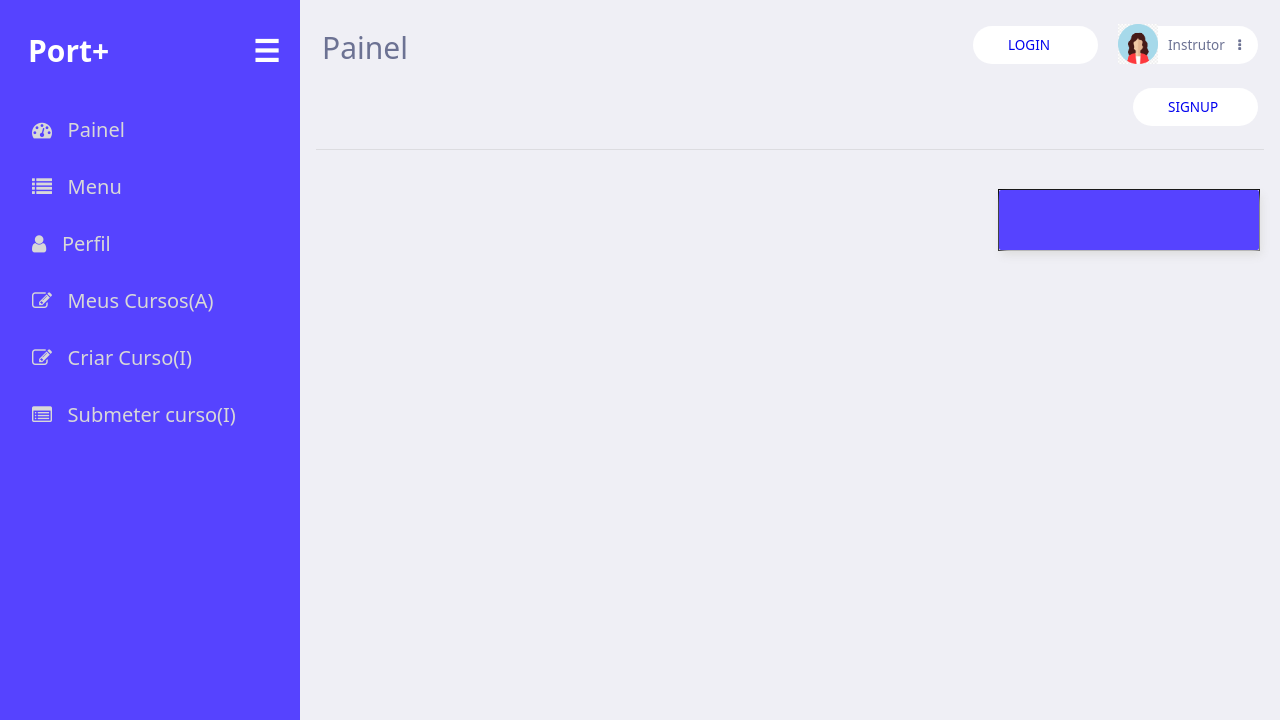
Repository: LauraMViana/Port-plus
Page: http://localhost/portPlus/apresentarCurso/apresentMaterial
The author's editor kept a copy of each file at every save. The page is drawn from the files as they stood at one save, then again after the next save.
The browser window is 1280 px wide. The pictures show the whole page.
The page is this project's Thymeleaf template; nobody is signed in. The template is opened directly, without the code that normally fills it, so the values that code supplies are empty.

Above is the page before, as saved 2021-12-27 16:52:57.

### port/src/main/resources/templates/portPlus/apresentarCurso/apresentMaterial.html
<!DOCTYPE html >
<html xmlns:th="http://www.thymeleaf.org">
<head>
<meta charset="UTF-8">
<!-- Compiled and minified CSS -->
<!--
<link rel="stylesheet"
	href="https://cdnjs.cloudflare.com/ajax/libs/materialize/1.0.0/css/materialize.min.css"> -->
<link href="https://fonts.googleapis.com/icon?family=Material+Icons"
	rel="stylesheet">
<link rel="stylesheet" href="/style.css" type="text/css" />
<link rel="stylesheet"
	href="https://cdnjs.cloudflare.com/ajax/libs/font-awesome/4.7.0/css/font-awesome.min.css">
<title>PortPlus</title>
</head>
<body>
	<div th:insert="~{menu :: menu}"></div>
	<div class="main">
		<div>
			<h6>
				<i class="material-icons col s2"> import_contacts</i> <span
					class="col s10" th:text="${curso.titulo}"></span>
			</h6>
			<h4>
				<span th:text="${modulo.tituloMod}"></span>
			</h4>
		</div>
		<div class="conteudo" th:each="mt: ${mat}">
			<p th:text="${mt.conteudo}"></p>
			<iframe width="650" height="365 "
				th:src="@{{video} (video=${mt.video})}" frameborder="0"
				allowfullscreen> </iframe>
		</div>
		<aside>
			<div class="card lista">
				<span class="card-title" th:text="${modulo.tituloMod}">Nome
					do Modulo</span>
			</div>
			<div class="lista" th:each="mt: ${material}">
				<ul>
					<li th:if="${mt.conteudo == null}"><i class="material-icons">play_circle_outline</i>
						<a
						th:href="@{/portPlus/meusCursos/{idC}/{titulo}/{idMod}/{tituloMod}/{idMat}/{tituloMat} (idC=${curso.id}, titulo=${curso.titulo}, idMod=${modulo.id}, tituloMod=${modulo.tituloMod},idMat=${mt.id}, tituloMat=${mt.tituloMat})}">
							<span th:text="${mt.tituloMat}"></span>
					</a></li>
					<li th:if="${mt.video == null}"><i class="material-icons">book</i>
						<a
						th:href="@{/portPlus/meusCursos/{idC}/{titulo}/{idMod}/{tituloMod}/{idMat}/{tituloMat} (idC=${curso.id}, titulo=${curso.titulo}, idMod=${modulo.id}, tituloMod=${modulo.tituloMod},idMat=${mt.id}, tituloMat=${mt.tituloMat})}">
							<span th:text="${mt.tituloMat}"></span>
					</a></li>
				</ul>
			</div>
		</aside>
	</div>
	<script
		src="https://ajax.googleapis.com/ajax/libs/jquery/3.5.1/jquery.min.js"></script>
	<script>
		$(".menu").click(function() {
			$("#mySidenav").css('width', '70px');
			$("#main").css('margin-left', '70px');
			$(".logo").css('display', 'none');
			$(".logo1").css('display', 'block');
			$(".logo span").css('visibility', 'visible');
			$(".logo span").css('margin-left', '-10px');
			$(".icon-a").css('visibility', 'hidden');
			$(".icon-a").css('height', '25px');
			$(".icons").css('visibility', 'visible');
			$(".icons").css('margin-left', '-8px');
			$(".menu1").css('display', 'block');
			$(".menu").css('display', 'none');
		});

		$(".menu1").click(function() {
			$("#mySidenav").css('width', '300px');
			$("#main").css('margin-left', '300px');
			$(".logo").css('visibility', 'visible');
			$(".logo").css('display', 'block');
			$(".icon-a").css('visibility', 'visible');
			$(".icons").css('visibility', 'visible');
			$(".menu").css('display', 'block');
			$(".menu1").css('display', 'none');
		});
	</script>
	<script>
		$(document).ready(function() {
			$(".profile p").click(function() {
				$(".profile-div").toggle();
			});
		});
	</script>
</body>
</html>

### port/src/main/resources/templates/menu.html
<!DOCTYPE html >
<html xmlns:th="http://www.thymeleaf.org">
<head>
<meta charset="UTF-8">
<link rel="stylesheet" href="/Style.css" type="text/css" />
<link rel="stylesheet"
	href="https://cdnjs.cloudflare.com/ajax/libs/font-awesome/4.7.0/css/font-awesome.min.css">
<title>Port+</title>
</head>
<body>
	<div th:fragment="menu">
		<div id="mySidenav" class="sidenav">
			<p class="logo">
				Port+ <span class="menu">&#9776;</span>
			</p>
			<p class="logo1">
				<span class="menu1">&#9776;</span>
			</p>
			<a href="/" class="icon-a"> <i class="fa fa-dashboard icons"></i>
				&nbsp;&nbsp;Painel
			</a> <a href="/" class="icon-a"><i class="fa fa-list icons"></i>
				&nbsp;&nbsp;Menu</a> <a href="#" class="icon-a"><i
				class="fa fa-user icons"></i> &nbsp;&nbsp;Perfil</a> <a
				href="/portPlus/criarCurso" class="icon-a"><i
				class="fa fa-edit icons"></i> &nbsp;&nbsp;Meus Cursos(A)</a> <a
				href="/portPlus/criarCurso" class="icon-a"><i
				class="fa fa-edit icons"></i> &nbsp;&nbsp;Criar Curso(I)</a><a
				href="/portPlus/meusCursos" class="icon-a"><i
				class="fa fa-list-alt icons"></i> &nbsp;&nbsp;Submeter curso(I)</a>
		</div>

		<div id="main">
			<div class="head">
				<div class="col-div-6">
					<p class="nav">Painel</p>
				</div>
				<div class="col-div-6">
					<div class="profile">
						<img src="/Imagens/usuario.png" class="pro-img circle" />
						<p>
							Instrutor <i class="fa fa-ellipsis-v dots" aria-hidden="true"></i>
						</p>
						<div class="profile-div">
							<p>
								<a href="#" class="icon-a"><i class="fa fa-user"></i>
									&nbsp;&nbsp;Perfil
							</p>
							<p>
								<i class="fa fa-power-off"></i> &nbsp;&nbsp;Sair
							</p>
						</div>
					</div>
					<div class="login">
						<p>
							<a href="/portPlus/login">LOGIN</a>
						</p>
						<p>
							<a href="/portPlus/signup">SIGNUP</a>
						</p>
					</div>
				</div>
				<div class="clearfix"></div>
			</div>
			<div class="clearfix"></div>
			<br />
		</div>
	</div>
	<script
		src="https://ajax.googleapis.com/ajax/libs/jquery/3.5.1/jquery.min.js"></script>
	<script>
		$(".menu").click(function() {
			$("#mySidenav").css('width', '70px');
			$("#main").css('margin-left', '70px');
			$(".logo").css('display', 'none');
			$(".logo1").css('display', 'block');
			$(".logo span").css('visibility', 'visible');
			$(".logo span").css('margin-left', '-10px');
			$(".icon-a").css('visibility', 'hidden');
			$(".icon-a").css('height', '25px');
			$(".icons").css('visibility', 'visible');
			$(".icons").css('margin-left', '-8px');
			$(".menu1").css('display', 'block');
			$(".menu").css('display', 'none');
		});

		$(".menu1").click(function() {
			$("#mySidenav").css('width', '300px');
			$("#main").css('margin-left', '300px');
			$(".logo").css('visibility', 'visible');
			$(".logo").css('display', 'block');
			$(".icon-a").css('visibility', 'visible');
			$(".icons").css('visibility', 'visible');
			$(".menu").css('display', 'block');
			$(".menu1").css('display', 'none');
		});
	</script>
	<script>
		$(document).ready(function() {
			$(".profile p").click(function() {
				$(".profile-div").toggle();

			});

			/* $(".noti-icon").click(function() {
					$(".notification-div").toggle();
				}); */

		});
	</script>
</body>
</html>

### port/src/main/resources/static/Style.css
/* Laura */
body {
	margin: 0px;
	padding: 0px;
	background-color: #efeff5;
	font-family: system-ui;
}

.clearfix {
	clear: both;
}

.logo {
	margin: 0px;
	margin-left: 28px;
	font-weight: bold;
	color: white;
	margin-bottom: 30px;
}

.sidenav {
	height: 100%;
	width: 300px;
	position: fixed;
	z-index: 1;
	top: 0;
	left: 0;
	background-color: #5643ff;
	overflow: hidden;
	padding-top: 30px;
	transition: ease-in-out 0.3s;
}

.menu {
	float: right;
	margin-right: 20px;
	cursor: pointer;
}

.logo1 {
	margin: 0px;
	margin-left: 20px;
	font-weight: bold;
	color: white;
	margin-bottom: 50px;
	display: none;
	cursor: pointer;
}

.menu1 {
	float: left;
	display: none;
}

.sidenav a {
	padding: 15px 8px 15px 32px;
	text-decoration: none;
	font-size: 20px;
	color: #d8d8d8;
	display: block;
}

.sidenav a:hover {
	color: #f1f1f1;
	background-color: #2c1ed6;
}

.sidenav {
	top: 0;
	right: 25px;
	font-size: 30px;
}

#main {
	padding: 16px;
	margin-left: 300px;
}

.head {
	padding: 0px 6px;
	border-bottom: 1px solid #d6d6d8b8;
	padding-bottom: 10px;
}

.col-div-6 {
	width: 50%;
	float: left;
}

.login p {
	color: #6c7293;
	font-weight: 500;
	margin-left: 35px;
	margin-top: 10px;
	font-size: 13.5px;
	background-color: white;
	padding: 10px;
	border-radius: 25px;
	padding-left: 35px;
	width: 80px;
	float: right;
	cursor: pointer;
}

.profile {
	display: inline-block;
	float: right;
	width: 160px;
}

.pro-img {
	float: left;
	width: 40px;
	margin-top: 8px;
	margin-left: 20px;
}

.profile p {
	color: #6c7293;
	font-weight: 500;
	margin-left: 35px;
	margin-top: 10px;
	font-size: 13.5px;
	background-color: white;
	padding: 10px;
	border-radius: 25px;
	padding-left: 35px;
	cursor: pointer;
}

.dots {
	margin-left: 10px;
}

.profile-div {
	background-color: white;
	width: 160px;
	border: 1px solid #ddd;
	padding: 10px 0px;
	right: 2%;
	border-radius: 5px;
	position: absolute;
	z-index: 9;
	display: none;
}

.profile-div:after {
	content: '';
	position: absolute;
	height: 10px;
	width: 10px;
	background-color: white;
	top: -6px;
	border-left: 1px solid #ddd;
	border-top: 1px solid #ddd;
	transform: rotate(45deg);
	right: 10%;
}

.profile-div p {
	margin: 0px;
	padding: 10px 20px;
}

.profile-div p:hover {
	margin: 0px;
	padding: 10px 20px;
	background-color: #5643ff;
	border-radius: 0px;
	color: white;
}

.notification-div {
	background-color: white;
	width: 240px;
	border: 1px solid #ddd;
	padding: 10px 0px;
	right: 16%;
	border-radius: 5px;
	top: 12%;
	position: absolute;
	z-index: 9;
	display: none;
}

.notification-div:after {
	content: '';
	position: absolute;
	height: 10px;
	width: 10px;
	background-color: white;
	top: -6px;
	border-left: 1px solid #ddd;
	border-top: 1px solid #ddd;
	transform: rotate(45deg);
	right: 10%;
}

.noti-head {
	display: block;
	margin: 0px;
	color: #6c7293;
}

.noti-head:hover {
	background-color: white !important;
	color: #6c7293 !important;
}

.noti-head span {
	position: absolute;
	right: 8%;
	top: 10%;
	background-color: #5643ff;
	padding: 1px 5px;
	color: white;
	border-radius: 20px;
}

.hr {
	margin: 0px;
	border: none;
	background-color: #ddd;
	height: 1px;
}

.notification-div p {
	margin: 0px;
	padding: 10px 20px;
	color: #6c7293;
}

.notification-div p span {
	font-size: 11px;
	display: block;
}

.notification-div p:hover {
	margin: 0px;
	padding: 10px 20px;
	background-color: #5643ff;
	border-radius: 0px;
	color: white;
}

.search-icon {
	position: absolute;
	right: 22%;
	top: 25px;
	background-color: white;
	padding: 13px;
	border-radius: 21px;
	color: #6c7293;
	cursor: pointer;
}

.noti-icon {
	position: absolute;
	right: 17%;
	top: 25px;
	background-color: #5643ff;
	padding: 13px;
	border-radius: 21px;
	color: #fff;
	cursor: pointer;
}

.noti-icon:after {
	content: '';
	height: 5px;
	width: 5px;
	border-radius: 5px;
	top: 5px;
	left: 20px;
	position: absolute;
	background-color: red;
}

.col-div-4-1 {
	width: 33.3%;
	float: left;
}

.box {
	width: 88%;
	height: 480px;
	background-color: #ffffff;
	margin-left: 10px;
	padding: 10px;
	box-shadow: 2px 5px 10px #ddd;
	position: relative;
}

.box p {
	color: #6c7293;
	font-weight: 500;
	padding-left: 10px;
}

.number {
	font-size: 35px;
	margin-bottom: 0px;
	margin-top: 20px;
}

.percent {
	margin: 0px;
	font-size: 14px;
	color: #37bf37 !important;
}

.percent span {
	font-size: 12px;
	color: #9398b1;
	padding-left: 3px;
}

.head-1 {
	font-size: 18px !important;
	margin: 10px 0px;
	color: #6c7293;
}

.head-1 span {
	float: right;
	background-color: #5643ff;
	color: white;
	padding: 3px 10px;
	font-size: 15px;
}

.box-icon {
	font-size: 20px !important;
	margin-top: 35px !important;
	color: #5643ff;
	padding-right: 10px;
	background-color: #efeff5;
	padding: 15px;
	border-radius: 25px;
	position: absolute;
	right: 16px;
	top: -18px;
}

.box-1 {
	width: 88%;
	height: 282px;
	background-color: #ffffff;
	margin-left: 10px;
	padding: 10px;
	box-shadow: 2px 5px 10px #ddd;
	position: relative;
}

.m-box {
	color: #6c7293;
	position: relative;
	padding: 0px 12px;
}

.active {
	background-color: #5646ff;
	color: white;
	box-shadow: 4px 3px 7px 3px #3226ad54;
}

.active .no-1 {
	color: #ddd !important;
}

.m-box p {
	display: inline-block;
	margin: 10px 0px;
}

.no {
	position: absolute !important;
	top: 21px;
	right: 15px;
	font-weight: 500;
}

.no-1 {
	font-size: 12px;
	color: #9398b1;
}

.act-p {
	font-size: 13px;
	color: #6c7293;
}

.act-p .fa {
	color: orange !important;
}

.content-box-1 {
	padding: 0px 10px;
}

.col-div-12 {
	width: 100%;
}

.col-div-4 {
	width: 30%;
	float: left;
}

.content-box {
	padding: 20px;
}

.content-box p {
	margin: 0px;
	font-size: 20px;
	color: #6c7293;
}

.content-box p span {
	float: right;
	background-color: #5643ff;
	color: white;
	padding: 3px 10px;
	font-size: 15px;
}

.box-8 {
	width: 97.8%;
	background-color: #fff;
	height: 330px;
}

.nav {
	font-size: 30px;
	cursor: pointer;
	color: #6c7293;
	margin: 11px 0px;
}

.box-8 {
	margin-left: 10px;
}

td, th {
	border: 1px solid #dddddd;
	text-align: left;
	padding: 10px;
}

tr:nth-child(even) {
	background-color: #5643ff29;
	color: #6c7293 !important;
}

.circle-wrap {
	margin: 50px auto;
	width: 150px;
	height: 150px;
	background: #e6e2e7;
	border-radius: 50%;
}

.circle-wrap .circle .mask, .circle-wrap .circle .fill {
	width: 150px;
	height: 150px;
	position: absolute;
	border-radius: 50%;
}

.circle-wrap .circle .mask {
	clip: rect(0px, 150px, 150px, 75px);
}

.circle-wrap .circle .mask .fill {
	clip: rect(0px, 75px, 150px, 0px);
	background-color: #5646ff;
}

.circle-wrap .circle .mask.full, .circle-wrap .circle .fill {
	animation: fill ease-in-out 3s;
	transform: rotate(126deg);
}

@
keyframes fill { 0% {
	transform: rotate(0deg);
}

100










%
{
transform










:










rotate








(










126deg










)








;
}
}
.circle-wrap .inside-circle {
	width: 130px;
	height: 130px;
	border-radius: 50%;
	background: #fff;
	line-height: 130px;
	text-align: center;
	margin-top: 10px;
	margin-left: 10px;
	position: absolute;
	z-index: 100;
	font-weight: 700;
	font-size: 2em;
	color: #6c7293;
}

/* Thais */
h1 {
	font-weight: 400;
	font-family: Century Gothic, Arial, Helvetica, sans-serif;
	color: #6c7293;
	font-size: calc(1.044375rem + 1.7325vw);
}

h4, h6 {
	font-weight: 100;
	font-family: Century Gothic, Arial, Helvetica, sans-serif;
	color: #6c7293;
	font-size: 30px;
	margin: 0px;
}

a {
	text-decoration: none;
}

#btn {
	text-align: right;
}

/*Apresente material  */
.mod-title {
	font-size: 30px;
	color: #d8d8d8;
}

/* Index  */
.box-mod {
	width: 88%;
	height: 30px;
	background-color: #dfdfdf;
	margin-left: 10px;
	padding: 10px;
	position: relative;
	margin-left: 10px;
	padding: 10px;
	border-top: 1px solid #d7dfe3;
	margin-left: 10px;
	margin-bottom: 15px;
}

.box-mod p {
	color: #6c7293;
	font-weight: 500;
	margin: 0px;
	padding: 10px;
	width: 105px;
	margin-left: 90px;
}
/* blocos de curso ou modulos  */
.col-div-4-2 {
	width: 25%;
	float: left;
}

.card.small .card-image+.card-content, .card.medium .card-image+.card-content,
	.card.large .card-image+.card-content {
	max-height: 40%;
}

.card.small .card-content, .card.medium .card-content, .card.large .card-content
	{
	max-height: 100%;
	overflow: hidden;
}

.card .card-content {
	padding: 24px;
	border-radius: 0 0 2px 2px;
}

.card .card-image img {
	display: block;
	border-radius: 2px 2px 0 0;
	position: relative;
	left: 0;
	right: 0;
	top: 0;
	bottom: 0;
	width: 100%;
}

img {
	border-style: none;
}

.card.small .card-image, .card.medium .card-image, .card.large .card-image
	{
	max-height: 60%;
	overflow: hidden;
}

.card .card-image {
	position: relative;
}

.card.small {
	height: 300px;
}

.card.small, .card.medium, .card.large {
	position: relative;
}

.card {
	margin-left: 10px;
	box-shadow: 2px 5px 10px #ddd;
	position: relative;
	height: 250px;
	background-color: #fff;
	-webkit-transition: -webkit-box-shadow .25s;
	transition: -webkit-box-shadow .25s;
	transition: box-shadow .25s;
	transition: box-shadow .25s, -webkit-box-shadow .25s;
	border-radius: 2px;
}

.card {
	position: relative;
	margin: 0.5rem 0 1rem 0;
	background-color: #fff;
	-webkit-transition: -webkit-box-shadow .25s;
	transition: -webkit-box-shadow .25s;
	transition: box-shadow .25s;
	transition: box-shadow .25s, -webkit-box-shadow .25s;
	border-radius: 2px;
}

.image {
	display: block;
	position: relative;
	left: 0;
	right: 0;
	top: 0;
	bottom: 0;
	width: 100%;
	max-height: 70%;
	overflow: hidden;
	max-height: 70%;
	right: 0;
	top: 0;
	bottom: 0;
}

.card {
	margin-left: 10px;
	box-shadow: 2px 5px 10px #ddd;
	position: relative;
	height: 250px;
	background-color: #fff;
	-webkit-transition: -webkit-box-shadow .25s;
	transition: -webkit-box-shadow .25s;
	transition: box-shadow .25s;
	transition: box-shadow .25s, -webkit-box-shadow .25s;
	border-radius: 2px;
}

.card-title-mod {
	display: block;
	line-height: 32px;
	margin-bottom: 8px;
	font-size: 24px;
	font-weight: 300;
}
/* descriçao do curso  */
.mod-d {
	font-size: 18px !important;
	margin: 10px 0px;
	color: #6c7293;
	text-align: justify;
}

/* Pag apresentação Material */
aside {
	width: 260px;
	float: right;
	margin-right: 20px;
	border: 1px solid black;
}

.conteudo {
	padding-left: 15px;
	width: 700px;
	float: left;
	height: 415px;
	text-align: justify;
}

.card.lista {
	background-color: #5643ff;
	width: 259.5px;
	height: 50px;
	text-align: center;
	padding: 5px 0px 5px 0px;
	margin: 0px;
}

.lista li {
	padding: 15px 8px 15px 32px;
	text-decoration: none;
	font-size: 20px;
	color: #d8d8d8;
	display: block;
	text-align: justify;
}

.lista li:hover {
	color: #f1f1f1;
	background-color: #5643ff;
}

.lista a:hover {
	color: #f1f1f1;
	background-color: #5643ff;
}

ul {
	padding: 0px;
	margin: 0px;
	list-style-type: none;
}

textarea.materialize-textarea.texto {
	height: 12rem;
}

input:not([type]), input[type="text"]:not(.browser-default), input[type="url"]:not(.browser-default),
	input[type="number"]:not(.browser-default), textarea.materialize-textarea
	{
	background-color: transparent;
	border-top-width: initial;
	border-right-width: initial;
	border-left-width: initial;
	border-top-color: initial;
	border-right-color: initial;
	border-left-color: initial;
	height: 3rem;
	width: 100%;
	font-size: 16px;
	box-shadow: none;
	box-sizing: content-box;
	border-style: none none solid;
	border-image: initial;
	border-bottom: 1px solid rgb(158, 158, 158);
	border-radius: 0px;
	outline: none;
	margin: 0px 0px 8px;
	padding: 0px;
	transition: box-shadow 0.3s ease 0s, border 0.3s ease 0s,
		-webkit-box-shadow 0.3s ease 0s;
}

form {
	padding-left: 50px;
}

.dados-do-curso, .listarCriarMod {
	padding-left: 50px;
}

.s2 {
	width: 20%;
	display: inline;
}

.col.s3 {
	width: 25%;
	margin-left: auto;
	left: auto;
	right: auto;
}

.col.s4 {
	width: 33.3333333333%;
	margin-left: auto;
	left: auto;
	right: auto;
}

.col.s5 {
	width: 41.6666666667%;
	margin-left: auto;
	left: auto;
	right: auto;
}

.col.s6 {
	width: 50%;
	margin-left: auto;
	left: auto;
	right: auto;
}

.col.s9 {
	width: 75%;
	margin-left: auto;
	left: auto;
	right: auto;
}

.col.s12 {
	width: 100%;
	margin-left: auto;
	left: auto;
	right: auto;
}

.col.s12.cont {
	padding-bottom: 20px;
}

.col {
	float: left;
	-webkit-box-sizing: border-box;
	box-sizing: border-box;
	padding: 0 0.75rem;
	min-height: 1px;
}

.s10 {
	width: 80%;
	margin-left: auto;
	left: auto;
	right: auto;
}

.btn {
	text-decoration: none;
	color: #fff;
	background-color: #26a69a;
	text-align: center;
	letter-spacing: .5px;
	-webkit-transition: background-color .2s ease-out;
	transition: background-color .2s ease-out;
	cursor: pointer;
	border: none;
	border-radius: 2px;
	display: inline-block;
	height: 36px;
	line-height: 36px;
	padding: 0 16px;
	text-transform: uppercase;
	font-size: 14px;
	outline: 0;
	font-size: 14px;
}

.waves-effect {
	position: relative;
	cursor: pointer;
	display: inline-block;
	overflow: hidden;
	-webkit-user-select: none;
	-moz-user-select: none;
	-ms-user-select: none;
	user-select: none;
	-webkit-tap-highlight-color: transparent;
	vertical-align: middle;
	z-index: 1;
	-webkit-transition: .3s ease-out;
	transition: .3s ease-out;
}

.modal.modal-fixed-footer {
	padding: 0;
	height: 70%;
}

.modal {
	display: none;
	position: fixed;
	left: 0;
	right: 0;
	background-color: #fafafa;
	padding: 0;
	max-height: 70%;
	width: 55%;
	margin: auto;
	overflow-y: auto;
	border-radius: 2px;
	will-change: top, opacity;
}

.modal.modal-fixed-footer {
	padding: 0;
	height: 70%;
}

.modal {
	display: none;
	position: fixed;
	left: 0;
	right: 0;
	background-color: #fafafa;
	padding: 0;
	max-height: 70%;
	width: 55%;
	margin: auto;
	overflow-y: auto;
	border-radius: 2px;
	will-change: top, opacity;
}

.z-depth-5, .modal {
	-webkit-box-shadow: 0 24px 38px 3px rgb(0 0 0/ 14%), 0 9px 46px 8px
		rgb(0 0 0/ 12%), 0 11px 15px -7px rgb(0 0 0/ 20%);
	box-shadow: 0 24px 38px 3px rgb(0 0 0/ 14%), 0 9px 46px 8px
		rgb(0 0 0/ 12%), 0 11px 15px -7px rgb(0 0 0/ 20%);
}

.collapsible {
	border-top: 1px solid #ddd;
	border-right: 1px solid #ddd;
	border-left: 1px solid #ddd;
	margin: 0.5rem 0 1rem 0;
}

.collapsible-header {
	display: -webkit-box;
	display: -webkit-flex;
	display: -ms-flexbox;
	display: flex;
	-webkit-tap-highlight-color: transparent;
	line-height: 1.5;
	padding: 1rem;
	background-color: #fff;
	border-bottom: 1px solid #ddd;
	display: -webkit-box;
	display: -webkit-flex;
	display: -ms-flexbox;
	display: flex;
	cursor: pointer;
	-webkit-tap-highlight-color: transparent;
	line-height: 1.5;
	padding: 1rem;
	background-color: #fff;
	border-bottom: 1px solid #ddd;
}

.optCont {
	display: inline-block;
	float: right;
	width: 160px;
}

.optCont a {
	cursor: pointer;
}

.opt {
	background-color: white;
	width: 100px;
	border: 1px solid #ddd;
	padding: 10px 0px;
	right: 10%;
	border-radius: 5px;
	position: absolute;
	z-index: 9;
	display: none;
}

.opt p {
	margin: 0px;
	padding: 10px 20px;
}

.opt p:hover {
	margin: 0px;
	padding: 10px 20px;
	background-color: #5643ff;
	border-radius: 0px;
	color: white;
}

.modal.modal-fixed-footer {
	height: 40%;
	width: 40%;
}

.modal .modal-content {
	padding: 65px 24px 24px 75px;
}

After the next save:
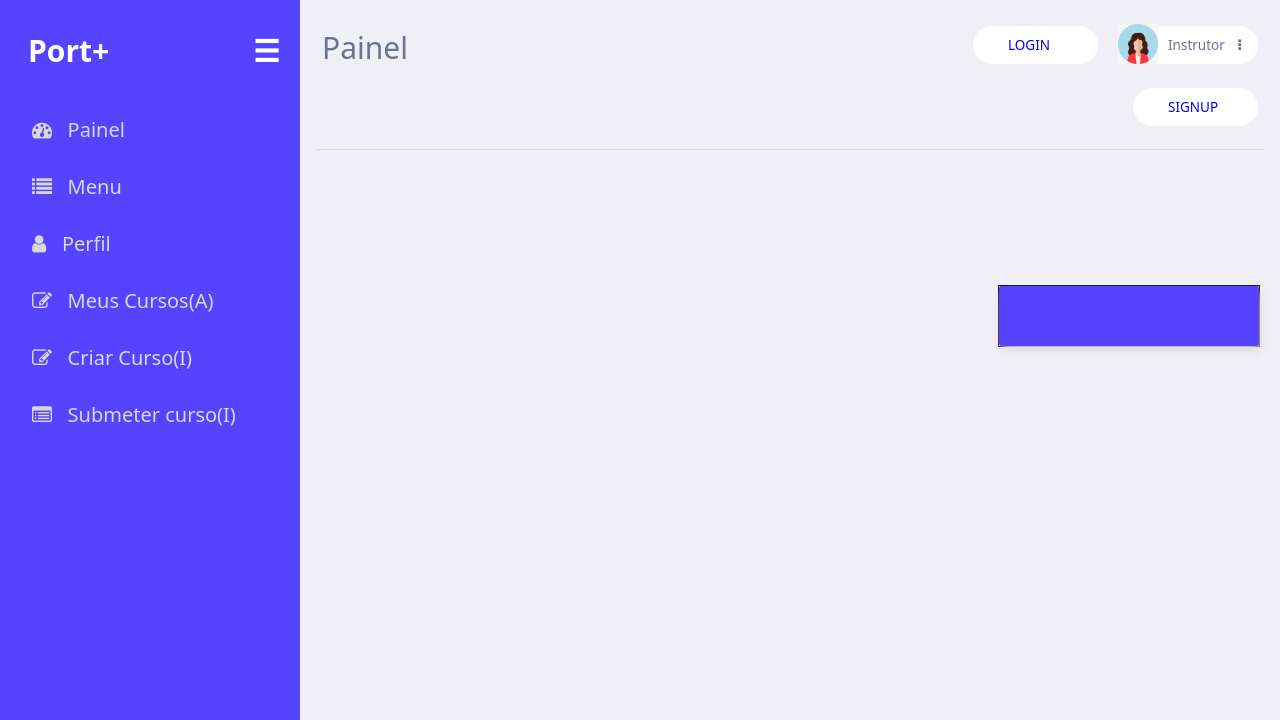
Saved 99 s later.
--- a/port/src/main/resources/templates/portPlus/apresentarCurso/apresentMaterial.html
+++ b/port/src/main/resources/templates/portPlus/apresentarCurso/apresentMaterial.html
@@ -16,6 +16,7 @@
 <body>
 	<div th:insert="~{menu :: menu}"></div>
 	<div class="main">
+	<h1>sei la</h1>
 		<div>
 			<h6>
 				<i class="material-icons col s2"> import_contacts</i> <span
